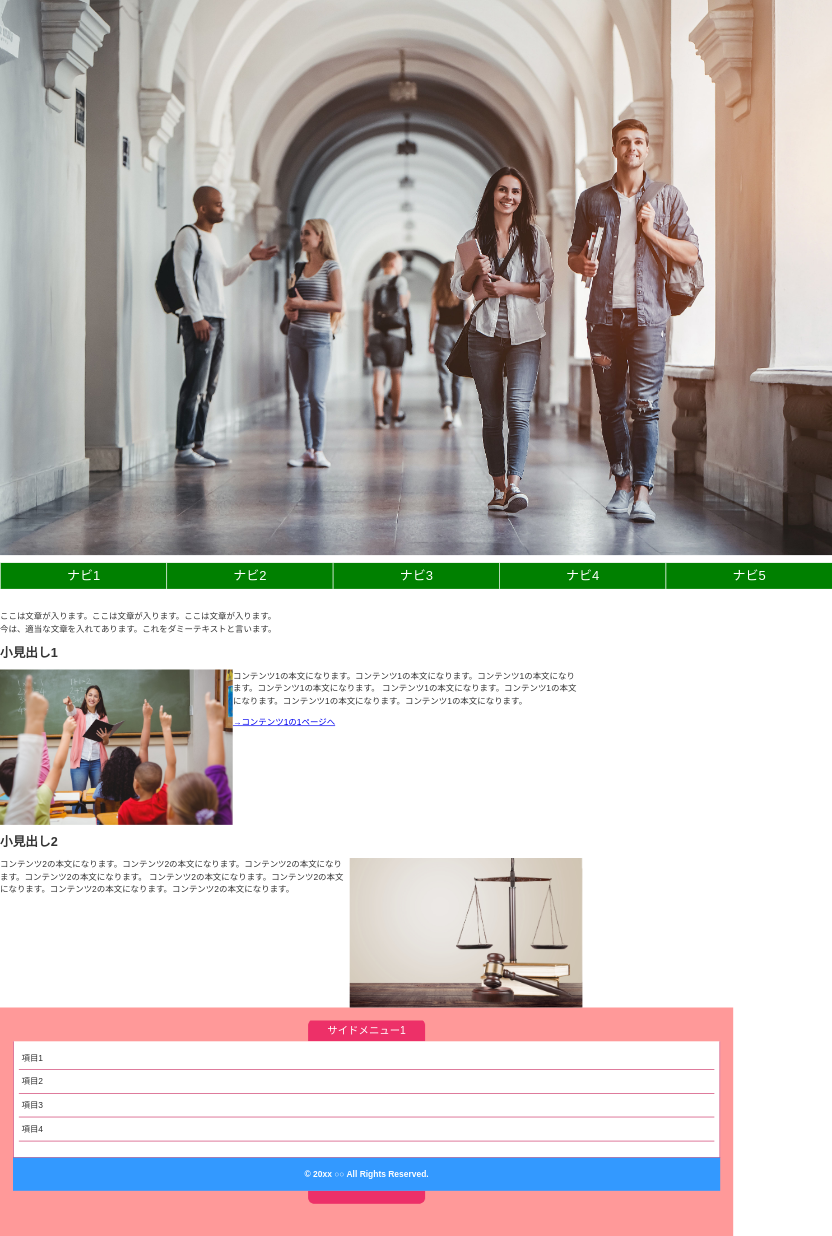
Repository: ishikawa-san/samurai_HTML-CSS
Page: home.html
The author's editor kept a record of every edit. The page is drawn from the files as they stood at one moment, then again after the next edit.
The browser window is 1280 px wide. The pictures show the whole page, at 65% of full size.

Above is the page before.

After the next edit:
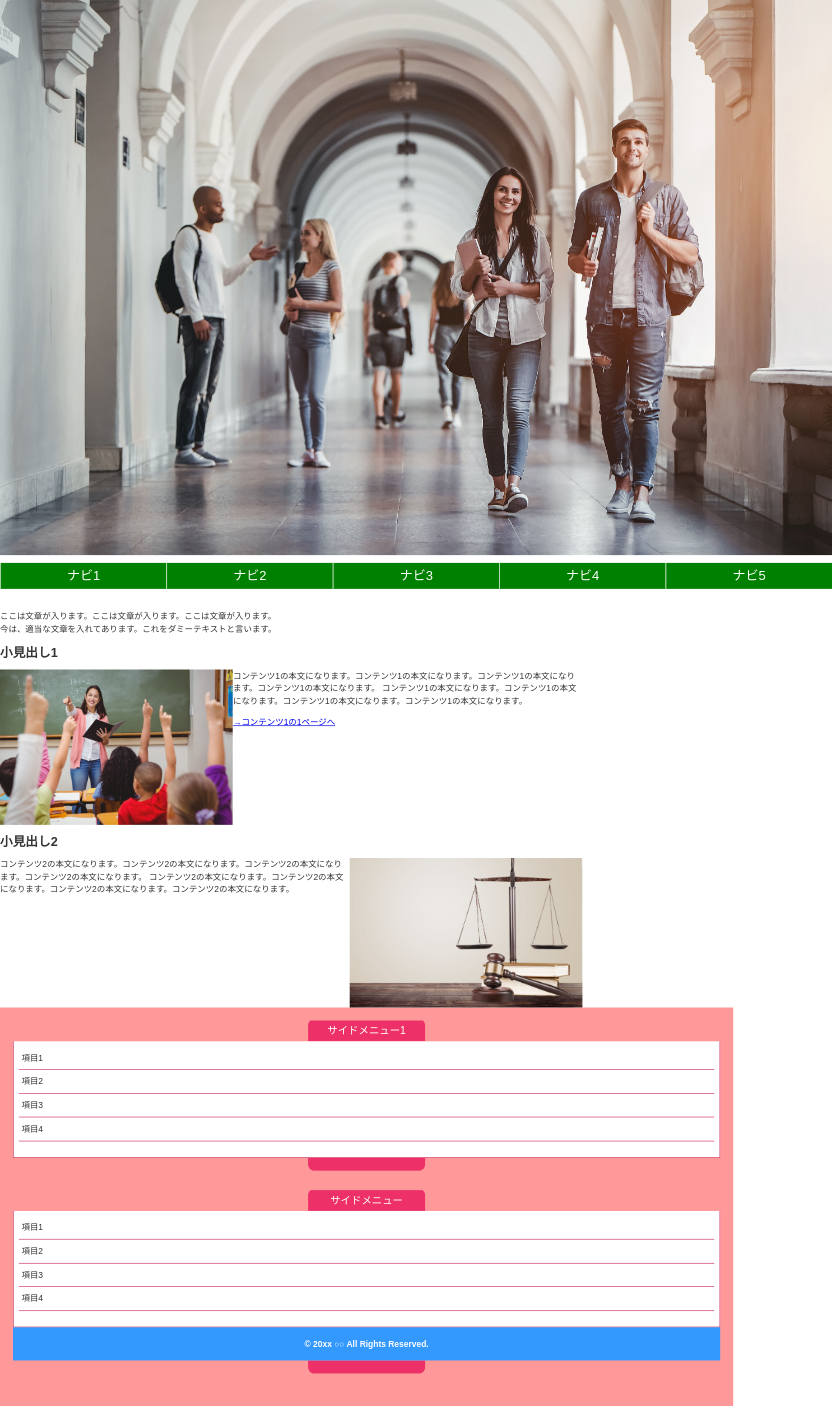
The edit:
--- a/home.html
+++ b/home.html
@@ -54,6 +54,17 @@
                       <li>項目4</li>
                     </ul>
                   </div>
+                </div>
+                <div class="box">
+                  <h2>サイドメニュー</h2>
+                  <div class="boxBody">
+                    <ul>
+                      <li>項目1</li>
+                      <li>項目2</li>
+                      <li>項目3</li>
+                      <li>項目4</li>
+                    </ul>
+                  </div>
         <div id="footer">
             <p>&copy; 20xx ○○ All Rights Reserved.</p>
         </div>
